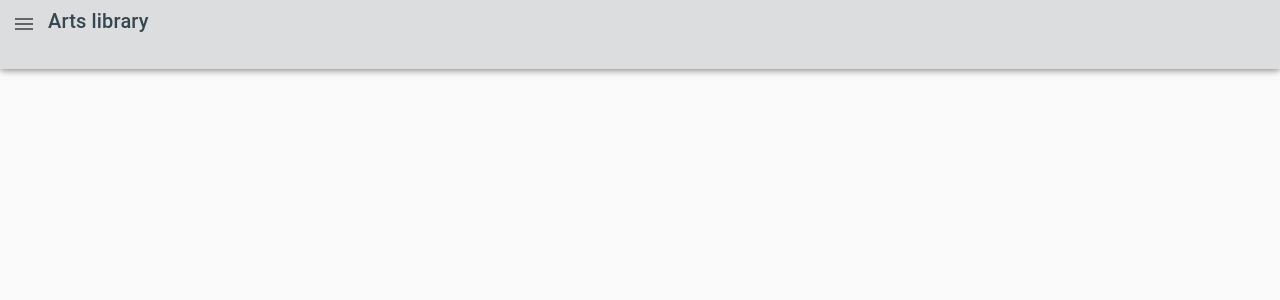
Repository: milosKomiRajkovic94/library-of-known-art
Page: /
An editor plug-in stored every save of this project. The page is shown before and after the next save, followed by the edit.
The browser window is 1280 px wide. The pictures show the whole page.
The project was rebuilt for these pictures with package versions that can differ from the ones it lists, and the page was loaded fresh each time.

Above is the page before, as saved 2020-03-05 11:11:01.

### src/index.js
import React from 'react';
import ReactDOM from 'react-dom';
import './scss/index.scss';
import App from './App';
import * as serviceWorker from './serviceWorker';
import { Provider } from 'react-redux';
import configureStore from './store';

const store = configureStore();

ReactDOM.render(
    <Provider
        store={store}
    >
        <App />
    </Provider>,
document.getElementById('root'));

// If you want your app to work offline and load faster, you can change
// unregister() to register() below. Note this comes with some pitfalls.
// Learn more about service workers: https://bit.ly/CRA-PWA
serviceWorker.unregister();

### src/scss/index.scss
@font-face{
    font-family: SourceSansPro-Regular;
    src: url('./SourceSansPro-Regular.otf') format('opentype')
}

html{
    height: 100%;
}

body{
    font-family: SourceSansPro-Regular;
    margin: 0px;
    height: 100%;
}

#root{
    height: 100%;
    width: 100%;
}

@import 'header';

### src/App.js
import React from 'react';

import  {
  createMuiTheme,
  ThemeProvider
} from '@material-ui/core/styles';

import Toolbar from '@material-ui/core/Toolbar';

import CssBaseline from '@material-ui/core/CssBaseline';

import HeaderContainer from './components/HeaderComponents/HeaderContainer';

class App extends React.Component{

  render(){

    const theme = createMuiTheme({
      typeography: {
        fontFamily: 'SourceSansPro-Regular'
      }
    })

    return(
      <ThemeProvider
        theme={theme}
      >
        <CssBaseline />
        <HeaderContainer />
        <Toolbar />
      </ThemeProvider>
    )
  }

}


export default App;

### src/store.js
import {createStore, applyMiddleware} from 'redux';

import thunk from 'redux-thunk';

import rootReducer from './reducers';

import logger from 'redux-logger';

export default function configureStore(){
    return createStore(
        rootReducer,
        process.env.NODE_ENV === 'production' && window.devToolsExtension ?
        applyMiddleware(thunk)
        :
        applyMiddleware(thunk, logger),
        //window.__REDUX_DEVTOOLS_EXTENSION__ && window.__REDUX_DEVTOOLS_EXTENSION__())
    )
}

### src/scss/_header.scss
.MuiToolbar-root.MuiToolbar-regular.toolbar.MuiToolbar-gutters {
    padding: 0px;
    display: inline-block;
}

header.MuiPaper-root.MuiAppBar-root.MuiAppBar-positionFixed.MuiAppBar-colorPrimary.appBar.mui-fixed.MuiPaper-elevation4 {
    background-color: #DCDDDF;
    color: #36474F;
    display: inline-block;
}

### src/components/HeaderComponents/HeaderContainer.js
import React from 'react';

import AppBar from '@material-ui/core/AppBar';

import Toolbar from '@material-ui/core/Toolbar';

import Typography from '@material-ui/core/Typography';

import MenuIcon from '@material-ui/icons/Menu';

import IconButton from '@material-ui/core/IconButton';

class HeaderContainer extends React.Component{

    render(){
        return(
            <AppBar
                position={'fixed'}
                className={'appBar'}
            >
                <IconButton

                >
                    <MenuIcon />
                </IconButton>
                <Toolbar
                    className={'toolbar'}
                >
                    <Typography
                        variant={'h6'}
                        display={'block'}
                    >
                        Arts library
                    </Typography>
                </Toolbar>
            </AppBar>
        )
    }
}

export default HeaderContainer;

### src/reducers/index.js
import{
    combineReducers
} from 'redux';

export default combineReducers({

})

Loaded but not shown: public/index.html (common file); src/serviceWorker.js (common file)

After the next save:
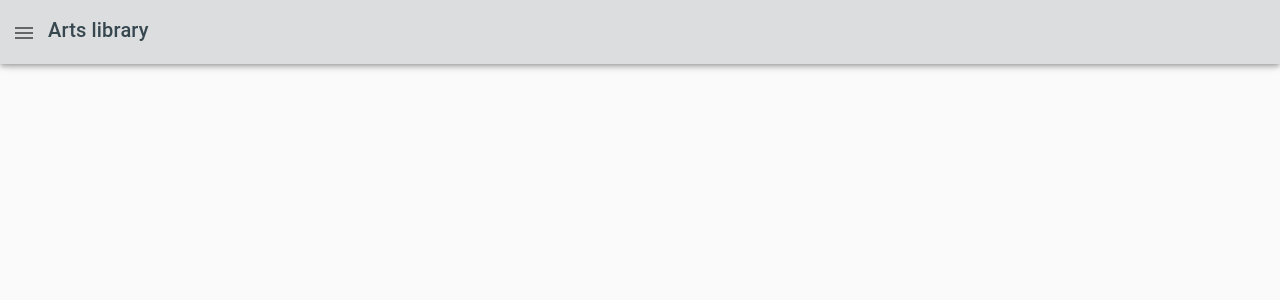
Saved 61 s later.
--- a/src/scss/_header.scss
+++ b/src/scss/_header.scss
@@ -8,3 +8,7 @@ header.MuiPaper-root.MuiAppBar-root.MuiAppBar-positionFixed.MuiAppBar-colorPrima
     color: #36474F;
     display: inline-block;
 }
+
+.toolbar h6.MuiTypography-root.MuiTypography-h6.MuiTypography-displayBlock {
+    line-height: 3em;
+}
